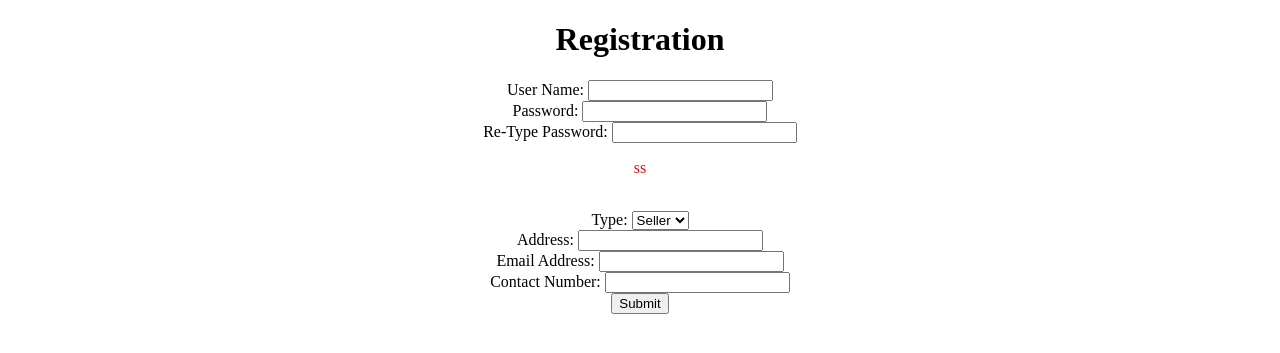
Repository: HariharanMiracle/CodeComplexity
Page: http://localhost/Paf_assignment/Register.jsp
The author's editor kept a copy of each file at every save. The page is drawn from the files as they stood at one save, then again after the next save.
The browser window is 1280 px wide. The pictures show the whole page.
The page is served by Tomcat 9. Other server files are loaded and not shown.

Above is the page before, as saved 2019-04-29 19:29:26.

### Paf_assignment/WebContent/Register.jsp
<%@ page language="java" contentType="text/html; charset=ISO-8859-1"
    pageEncoding="ISO-8859-1"%>
<!DOCTYPE html>
<html>
<head>
<meta charset="ISO-8859-1">
<title>Insert title here</title>
</head>
<body>


				<!-- Main Content -->
				<form style = "text-align: center" action="paf/member/Register" method="POST" onsubmit="return validate()">
					<h1>Registration</h1>
					<label>User Name:</label> <input type="text" name="username" id = "username" required/><br/>
					<label>Password:</label> <input type="password" name="password" id = "pw" required/><br/>
					<label>Re-Type Password:</label> <input type="password" name="rpassword" id = "cpw" required/><p id="password" style="color:red">ss</p><br/>
					<label>Type:</label>
					<select name = "type">
					  <option value="Seller">Seller</option>
					  <option value="Buyer">Buyer</option>
					</select><br/>
					<label>Address:</label> <input type="text" name="address" id="address" required/><br/>
					<label>Email Address:</label> <input type="email" name="mailAddress" required/><br/>
					<label>Contact Number:</label> <input type="text" name="contactNumber"  id="contactNumber" required/><br/>
					<input type="submit" value="Submit"/>
				</form>

<script type="text/javascript">
			function validate(){
				var pw =  document.getElementById("pw").value;
				var cpw =  document.getElementById("cpw").value;
				var username =  document.getElementById("username").value;
				var contactNumber =  document.getElementById("contactNumber").value;
				var address =  document.getElementById("address").value;
				var letters = /^[A-Za-z]+$/;
				var numeric = /^[0-9]+$/;
				var alphaNumeric = /^[0-9a-zA-Z]+$/;
				if(pw == cpw){
					return true;
				}
				else{
					document.getElementById("password").value = "Re-type password again!!!";
					return false;
				}
			}

</script>
</body>
</html>

After the next save:
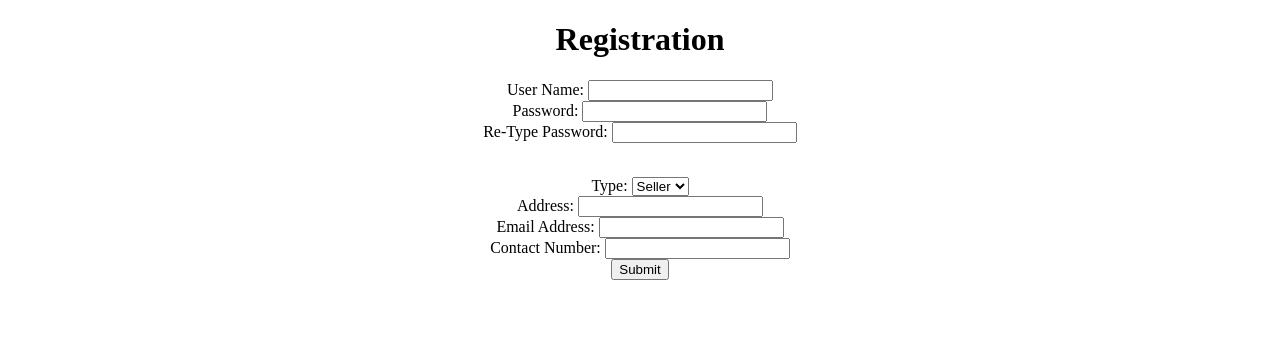
Saved 25 s later.
--- a/Paf_assignment/WebContent/Register.jsp
+++ b/Paf_assignment/WebContent/Register.jsp
@@ -14,7 +14,7 @@
 					<h1>Registration</h1>
 					<label>User Name:</label> <input type="text" name="username" id = "username" required/><br/>
 					<label>Password:</label> <input type="password" name="password" id = "pw" required/><br/>
-					<label>Re-Type Password:</label> <input type="password" name="rpassword" id = "cpw" required/><p id="password" style="color:red">ss</p><br/>
+					<label>Re-Type Password:</label> <input type="password" name="rpassword" id = "cpw" required/><p id="password" style="color:red"></p><br/>
 					<label>Type:</label>
 					<select name = "type">
 					  <option value="Seller">Seller</option>
